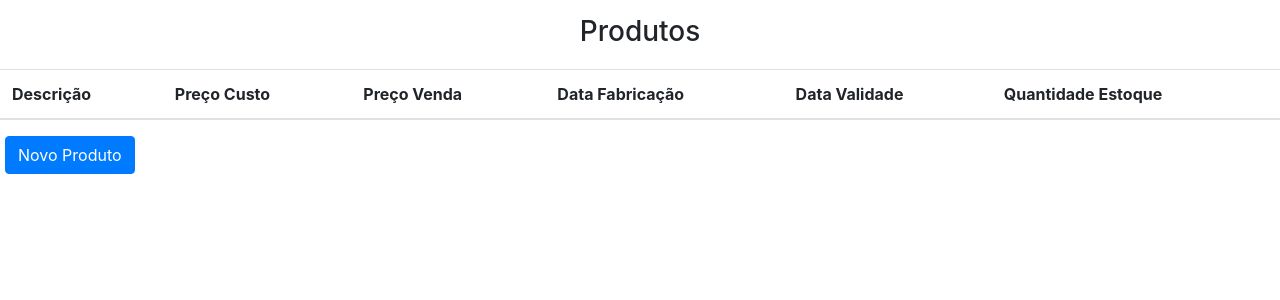
Repository: thuliobarbosa/CRUD_GoogleCloud
Page: Projeto_Crud/Project_crud/WebContent/index.html
The author's editor kept a copy of each file at every save. The page is drawn from the files as they stood at one save, then again after the next save.
The browser window is 1280 px wide. The pictures show the whole page.

Above is the page before, as saved 2020-11-27 13:25:33.

### Projeto_Crud/Project_crud/WebContent/index.html
<!DOCTYPE html>
<html lang="pt-BR">

<head>
    <meta charset="UTF-8">
    <meta name="viewport" content="width=device-width, initial-scale=1.0">
    <link rel="stylesheet" href="https://cdn.jsdelivr.net/npm/bootstrap@4.5.3/dist/css/bootstrap.min.css"
        integrity="sha384-TX8t27EcRE3e/ihU7zmQxVncDAy5uIKz4rEkgIXeMed4M0jlfIDPvg6uqKI2xXr2" crossorigin="anonymous">
    <title>Projeto CRUD</title>
    <style>
        .box-title {
            text-align: center;
            margin-top: 15px;
            margin-bottom: 20px;
        }

        .btn-novo {
            margin-left: 5px;
        }
    </style>
</head>

<body>

    <div class="box">

        <div class="box-header">
            <h3 class="box-title">Produtos</h3>
        </div>

        <div>
            <table class="table table-striped">
                <thead>
                    <tr>
                        <th scope="col">Descrição</th>
                        <th scope="col">Preço Custo</th>
                        <th scope="col">Preço Venda</th>
                        <th scope="col">Data Fabricação</th>
                        <th scope="col">Data Validade</th>
                        <th scope="col">Quantidade Estoque</th>
                    </tr>
                </thead>
                <tbody id="tabela-produtos">

                </tbody>
            </table>
        </div>

        <button type="button" class="btn btn-primary btn-novo" id="btnNovoProduto">Novo Produto</button>

        <div class="modal" tabindex="-1" role="dialog" id="ModalFormProduto" style="display: none;">
            <div class="modal-dialog" role="document">
                <div class="modal-content">
                    <div class="modal-header">
                        <h3 class="box-title" id="cadastro-produto-titulo">Novo
                            Produto</h3>
                    </div>
                    <div class="modal-body">

                        <form role="form" id="form-cadastro-produto">
                            <div class="box-body">
                                <div class="form-group">
                                    <input type="hidden" class="form-control" id="idCad" name="idCad">
                                </div>
                                <div class="form-group">
                                    <label for="descricao">Descrição</label>
                                    <input type="text" class="form-control" id="descricao" placeholder="Descrição do Produto" name="descricao" required>
                                </div>
                                <div class="form-group">
                                    <label for="preco-custo">Preco de custo</label>
                                    <input type="number" class="form-control" id="preco-custo" placeholder="Preço de custo"
                                        name="preco-custo" onkeypress="$(this).mask('99.990')" required step=".01">
                                </div>
                                <div class="form-group">
                                    <label for="preco-venda">Preco de venda</label>
                                    <input type="number" class="form-control" id="preco-venda" placeholder="Preço de venda"
                                        name="preco-venda" onkeypress="$(this).mask('99.990')" required step=".01">
                                </div>
                                <div class="form-group">
                                    <label for="data_fabricacao">Data Fabricação</label>
                                    <input type="date" class="form-control" id="data_fabricacao" name="data_fabricacao" required>
                                </div>
                                <div class="form-group">
                                    <label for="data_validade">Data Validade</label>
                                    <input type="date" class="form-control" id="data_validade" name="data_validade" required>
                                </div>
                                <div class="form-group">
                                    <label for="qtd-estoque">Estoque</label> <input type="number" class="form-control"
                                        id="qtd-estoque" placeholder="Quantidade de estoque" name="qtd-estoque"
                                        onkeypress="$(this).mask('99.990')" required>
                                </div>
                            </div>

                            <div class="box-footer">
                                <button type="submit" class="btn btn-success" id="btnCadastraProduto">Salvar</button>
                                <button type="button" class="btn btn-primary btn-cancel"
                                    id="btnCancelarProduto">Cancelar</button>
                            </div>
                        </form>
                    </div>
                </div>
            </div>
        </div>

    </div>

    <!-- Arquvios JavaScript -->
    <script src="https://code.jquery.com/jquery-3.5.1.slim.min.js"
        integrity="sha384-DfXdz2htPH0lsSSs5nCTpuj/zy4C+OGpamoFVy38MVBnE+IbbVYUew+OrCXaRkfj"
        crossorigin="anonymous"></script>
    <script src="https://cdn.jsdelivr.net/npm/bootstrap@4.5.3/dist/js/bootstrap.bundle.min.js"
        integrity="sha384-ho+j7jyWK8fNQe+A12Hb8AhRq26LrZ/JpcUGGOn+Y7RsweNrtN/tE3MoK7ZeZDyx"
        crossorigin="anonymous"></script>
   <script src="js/CadastroProduto.js"></script>
   <script src="index.js"></script>
</body>

</html>

### Projeto_Crud/Project_crud/WebContent/js/CadastroProduto.js
class CadastroProduto {

	constructor(formularioCadastro, tabelaDeProdutos) {

		this.formularioCad = document.getElementById(formularioCadastro);
        this.tabelaProdutos = document.getElementById(tabelaDeProdutos);
		this.formCadProduto();

	}

	// Realiza o cadastro de um produto ao bd
	formCadProduto() {

		let btnCadProduto = document.querySelector("#btnCadastraProduto");

		this.formularioCad.addEventListener('submit', (event) => {
			event.preventDefault();
		});

		btnCadProduto.addEventListener('click', () => {

			var servico = "";
			let id = this.formularioCad.querySelector("#identCad");

			if (id.value==0) {
				servico = "InserirProduto";
			} else {
				servico = "AlterarProduto";
			}


			requestAjax(servico, this.formularioCad).then(

				(retorno) => {

		        	$.notify({ message: retorno  },{ type: 'info', placement: { from: 'top', align: 'center' } });
					this.listaProdutos();
					let modal = document.querySelector("#ModalFormProduto");
					modal.style.display = "none";
	        	},

				(error) => {
					console.log(error);
				}
			);
		});

		this.formularioCad.querySelector("#btnCancelarProduto").addEventListener('click', () => {
			let modal = document.querySelector("#ModalFormProduto");
			modal.style.display = "none";
		});


		document.querySelector("#btnNovoProduto").addEventListener('click', () => {
			this.mostraFormularioCad();
		});

	}

	// Lista produtos já cadastrado na tabela de produto
	listaProdutos() {

		this.tabelaProdutos.innerHTML = "";

		requestAjax("ListarProduto", this.formularioCad).then(

			(retorno) => {

				var table = $('#table-produtos').DataTable();
				table.clear().draw();
				table.destroy();


				retorno.forEach((campo) => {

					let tr = document.createElement('tr');

					tr.innerHTML += `
						<td>${campo.codigo}</td>
						<td>${campo.descricao}</td>
						<td>${"R$ " + campo.preco_custo}</td>
						<td>${"R$ " + campo.preco_venda}</td>
			            <td>${campo.categoria}</td>
			            <td>${campo.cod_fornecedor}</td>
						<td>${campo.quantidade}</td>
			            <td>
			            <button type="button" class="btn btn-primary btn-edit btn-xs btn-flat" onclick="editaCadastro(${campo.id})">Editar</button>
			            <button type="button" class="btn btn-danger btn-xs btn-flat" onclick="excluiCadastro(${campo.id})">Excluir</button>
			            </td>

		        	`;

					tr.id = campo.id;

					this.tabelaProdutos.appendChild(tr);

				});

				var table = $('#table-produtos').DataTable( {
				    paging: false,
				    ordering: true,
				    destroy: true,
				    retrieve: true,
				    language: {
				     search: "Buscar ",
				     info: ""
				    }
				} );



		   	},

			(error) => {
				console.log(error)
			}

		);

	};

	mostraFormularioCad() {
		this.formularioCad.reset();
        document.querySelector("#cadastro-produto-titulo").innerHTML = "Cadastrar Produto";

		let id = this.formularioCad.querySelector("#idCad");
		id.value = 0;

		let modal = document.querySelector("#ModalFormProduto");
		modal.style.display = "block";
    }

    mostraFormularioEdit() {
        document.querySelector("#box-cadastro-produto-titulo").innerHTML = "Alterar Produto";
        let modal = document.querySelector("#ModalFormProduto");
		modal.style.display = "block";
    }

}

// Adiciona os dados no formulario de edição e altera os valores
function editaCadastro(idProduto) {

	cadastroProduto.mostraFormularioEdit();

	let formCadastro = document.querySelector("#form-cadastro-produto");
	let id = formCadastro.querySelector("#identCad");
	id.value = idProduto;

	requestAjax("ConsultarProduto", formCadastro).then(

		(retorno) => {

			formCadastro.querySelector("#codigo").value = retorno.codigo
			formCadastro.querySelector("#descricao").value = retorno.descricao
			formCadastro.querySelector("#preco-custo").value = retorno.preco_custo
			formCadastro.querySelector("#preco-venda").value = retorno.preco_venda
			formCadastro.querySelector("#categoria").value = retorno.categoria
			formCadastro.querySelector("#fornecedor").value = retorno.cod_fornecedor
			formCadastro.querySelector("#qtd-estoque").value = retorno.quantidade

	   	},

		(error) => {
			console.log(error);
		}

	);

}

function excluiCadastro(idProduto) {

	var formCadastro = document.querySelector("#form-cadastro-produto");

	let id = formCadastro.querySelector("#identCad");

	id.value = idProduto;

	let modal = document.querySelector("#modalConfirm");
	modal.style.display = "block";
	modal.querySelector("#pModal").innerHTML = "Deseja excluir o produto?";
	modal.querySelector("#modalBotoes").innerHTML = '<button type="button" class="btn btn-primary" id="btnModalSim">Sim</button>'
						+ '<button type="button" class="btn btn-secondary" data-dismiss="modal"'
						+ 'id="btnModalNao">Não</button>';

	let opSim = modal.querySelector("#btnModalSim");
	opSim.addEventListener('click', () => {

		requestAjax("ExcluiProduto", formCadastro).then(

			(retorno) => {
				cadastroProduto.listaProdutos();
			},

			(error) => {
				console.log(error);
			}

		);

		modal.style.display = "none";
	});

	let opNao = modal.querySelector("#btnModalNao");
	opNao.addEventListener('click', () => {
		modal.style.display = "none"
	});
}

### Projeto_Crud/Project_crud/WebContent/index.js
let cadastroProduto = new CadastroProduto("form-cadastro-produto","tabela-produtos");

After the next save:
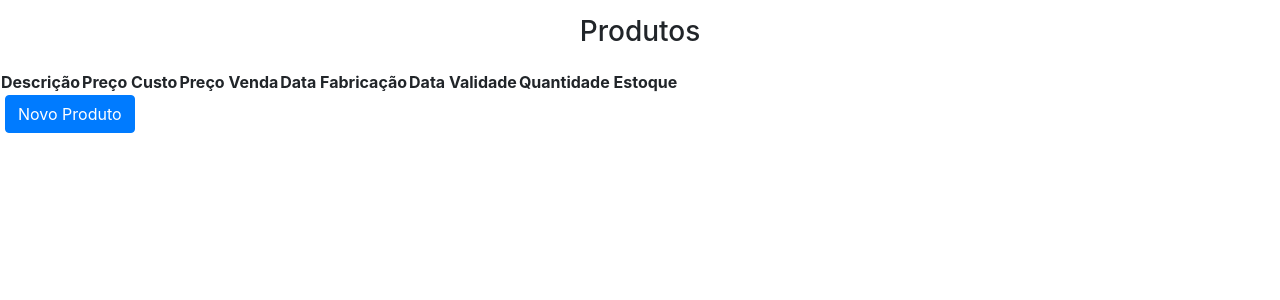
Saved 117 s later.
--- a/Projeto_Crud/Project_crud/WebContent/index.html
+++ b/Projeto_Crud/Project_crud/WebContent/index.html
@@ -29,7 +29,7 @@
         </div>
 
         <div>
-            <table class="table table-striped">
+            <table id="table-produtos" class="display">
                 <thead>
                     <tr>
                         <th scope="col">Descrição</th>
